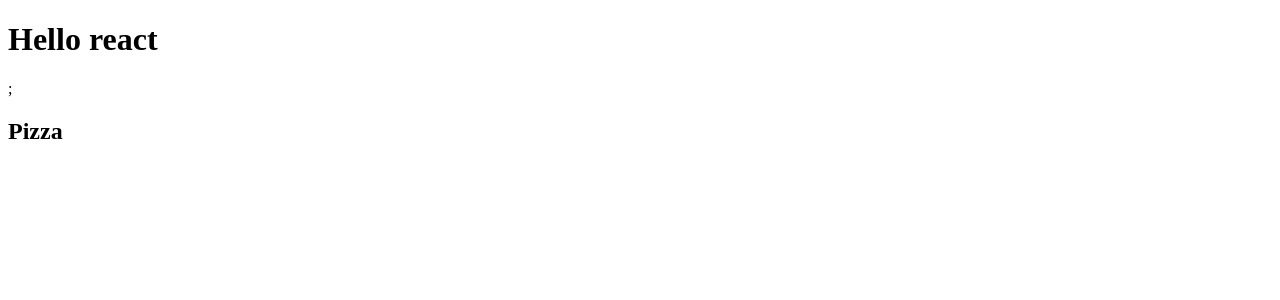
Repository: ahmedharidy/First-React-App
Page: /
The author's editor kept a copy of each file at every save. The page is drawn from the files as they stood at one save, then again after the next save.
The browser window is 1280 px wide. The pictures show the whole page.
The project was rebuilt for these pictures with package versions that can differ from the ones it lists, and the page was loaded fresh each time.

Above is the page before, as saved 2026-09-21 09:56:26.

After the next save:
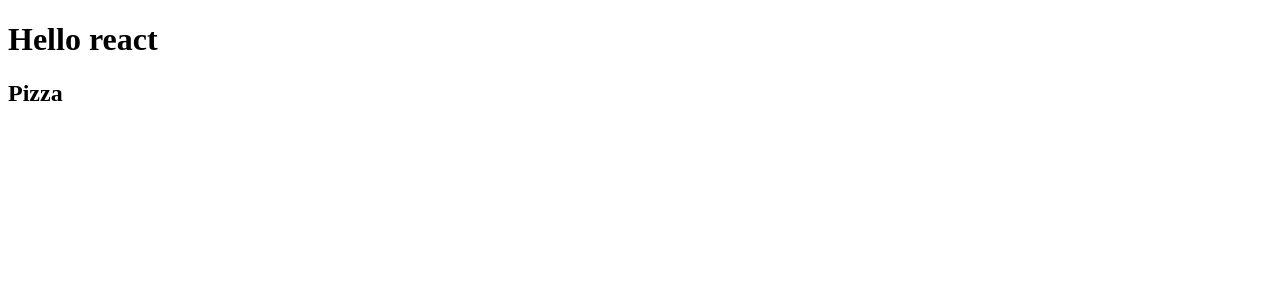
Saved 7 s later.
--- a/src/index.js
+++ b/src/index.js
@@ -4,7 +4,7 @@ import ReactDOM from "react-dom/client";
 function App() {
   return (
     <div>
-      <h1>Hello react</h1>;
+      <h1>Hello react</h1>
       <Pizza />
     </div>
   );
